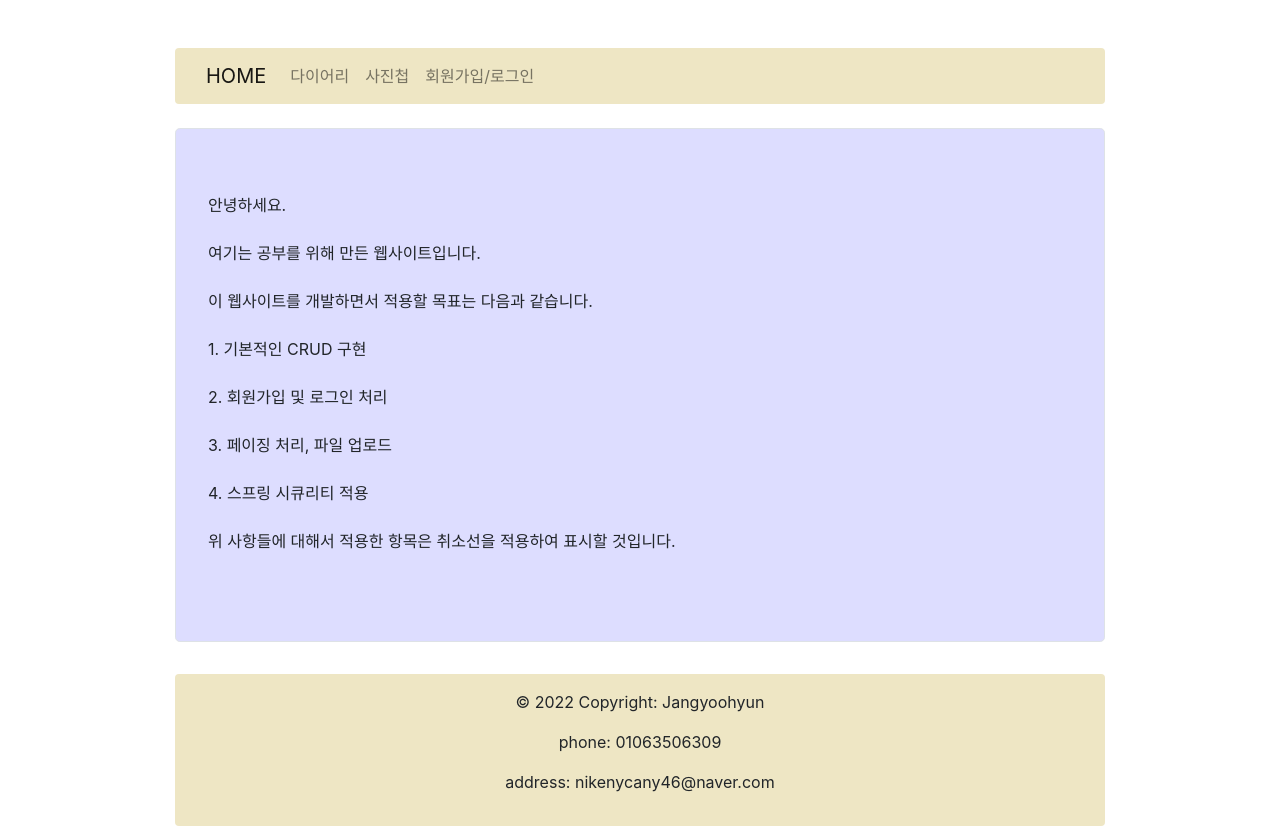
Repository: jangyoohyun/toyProject
Page: http://localhost/toyproject/WEB-INF/views/index.jsp
These files come from the project's save history. The page is drawn as it stood at one moment and after the next save; the edit follows.
The browser window is 1280 px wide. The pictures show the whole page.
The page is served by Tomcat 9. Nobody is signed in. Other server files are loaded and not shown. The template is opened directly, without the code that normally fills it, so the values that code supplies are empty.

Above is the page before, as saved 2022-02-26 11:00:17.

### Study/toyproject/src/main/webapp/WEB-INF/views/index.jsp
<%@ page language="java" contentType="text/html; charset=UTF-8"
    pageEncoding="UTF-8"%>

<%@ include file="/WEB-INF/views/layout/header.jsp" %>

		<div class="jumbotron mt-4 border" style="background-color: #DDDDFF">
		안녕하세요.<br><br>
		<c:if test="${principal.username != null}">
			${principal.username}님 환영합니다.<br><br>
		</c:if>
		여기는 공부를 위해 만든 웹사이트입니다.<br><br>
		이 웹사이트를 개발하면서 적용할 목표는 다음과 같습니다.<br><br>
		1. 기본적인 CRUD 구현<br><br>
		2. 회원가입 및 로그인 처리<br><br>
		3. 페이징 처리, 파일 업로드<br><br>
		4. 스프링 시큐리티 적용<br><br>
		위 사항들에 대해서 적용한 항목은 취소선을 적용하여 표시할 것입니다.<br><br>
		</div>


<%@ include file="/WEB-INF/views/layout/footer.jsp" %>

### Study/toyproject/src/main/webapp/WEB-INF/views/layout/header.jsp
<%@ page language="java" contentType="text/html; charset=UTF-8"
	pageEncoding="UTF-8"%>
<%@ taglib uri="http://java.sun.com/jsp/jstl/core" prefix="c"%>
<%@ taglib prefix="sec"
	uri="http://www.springframework.org/security/tags"%>
<%@ taglib prefix="fmt" uri="http://java.sun.com/jsp/jstl/fmt"%>

<sec:authorize access="isAuthenticated()">
	<sec:authentication property="principal" var="principal" />
</sec:authorize>

<!DOCTYPE html>
<html>
<head>
<link rel="stylesheet"
	href="https://cdn.jsdelivr.net/npm/bootstrap@4.6.1/dist/css/bootstrap.min.css"
	integrity="sha384-zCbKRCUGaJDkqS1kPbPd7TveP5iyJE0EjAuZQTgFLD2ylzuqKfdKlfG/eSrtxUkn"
	crossorigin="anonymous">
<script src="https://code.jquery.com/jquery-3.6.0.js"
	integrity="sha256-H+K7U5CnXl1h5ywQfKtSj8PCmoN9aaq30gDh27Xc0jk="
	crossorigin="anonymous"></script>

<meta charset="UTF-8">

<title>Insert title here</title>
</head>
<body>
	<div class="container mt-5 w-75">
		<nav class="navbar navbar-expand-lg navbar-light rounded"
			style="background-color: #eee6c4">
			<div class="container-fluid">
				<a class="navbar-brand" href="<c:url value="/"/>">HOME</a>
				<button class="navbar-toggler" type="button"
					data-bs-toggle="collapse" data-bs-target="#navbarNav"
					aria-controls="navbarNav" aria-expanded="false"
					aria-label="Toggle navigation">
					<span class="navbar-toggler-icon"></span>
				</button>
				<div class="collapse navbar-collapse" id="navbarNav">
					<ul class="navbar-nav">
						<li class="nav-item"><a class="nav-link"
							href="<c:url value="/board?page=0"/>">다이어리</a></li>
						<li class="nav-item"><a class="nav-link"
							href="<c:url value="/photo"/>">사진첩</a></li>
						<c:choose>
							<c:when test="${principal.username == null}">
								<li class="nav-item"><a class="nav-link"
									href="<c:url value="/auth/signInForm"/>">회원가입/로그인</a></li>
							</c:when>
							<c:otherwise>
								<li class="nav-item"><a class="nav-link"
									onclick="return confirm('로그아웃 하시겠습니까?');"
									href="<c:url value="/logout"/>">로그아웃</a></li>
								<li class="nav-item"><a class="nav-link"
									href="<c:url value="/auth/userUpdate"/>">회원정보수정</a></li>
							</c:otherwise>
						</c:choose>

					</ul>
				</div>
			</div>
		</nav>

### Study/toyproject/src/main/webapp/WEB-INF/views/layout/footer.jsp
<%@ page language="java" contentType="text/html; charset=UTF-8"
	pageEncoding="UTF-8"%>


<footer class="text-center text-lg-start rounded" style="background-color: #eee6c4">
	<!-- Copyright -->
	<div class="text-center p-3">
		<p>© 2022 Copyright: Jangyoohyun</p>
		<p>phone: 01063506309</p>
		<p>address: nikenycany46@naver.com</p>
	</div>
	<!-- Copyright -->
</footer>


</div>


<script src="https://cdn.jsdelivr.net/npm/bootstrap@5.1.3/dist/js/bootstrap.bundle.min.js" integrity="sha384-ka7Sk0Gln4gmtz2MlQnikT1wXgYsOg+OMhuP+IlRH9sENBO0LRn5q+8nbTov4+1p" crossorigin="anonymous"></script>
<script src="https://code.jquery.com/jquery-3.6.0.js" integrity="sha256-H+K7U5CnXl1h5ywQfKtSj8PCmoN9aaq30gDh27Xc0jk=" crossorigin="anonymous"></script>


</body>
</html>

After the next save:
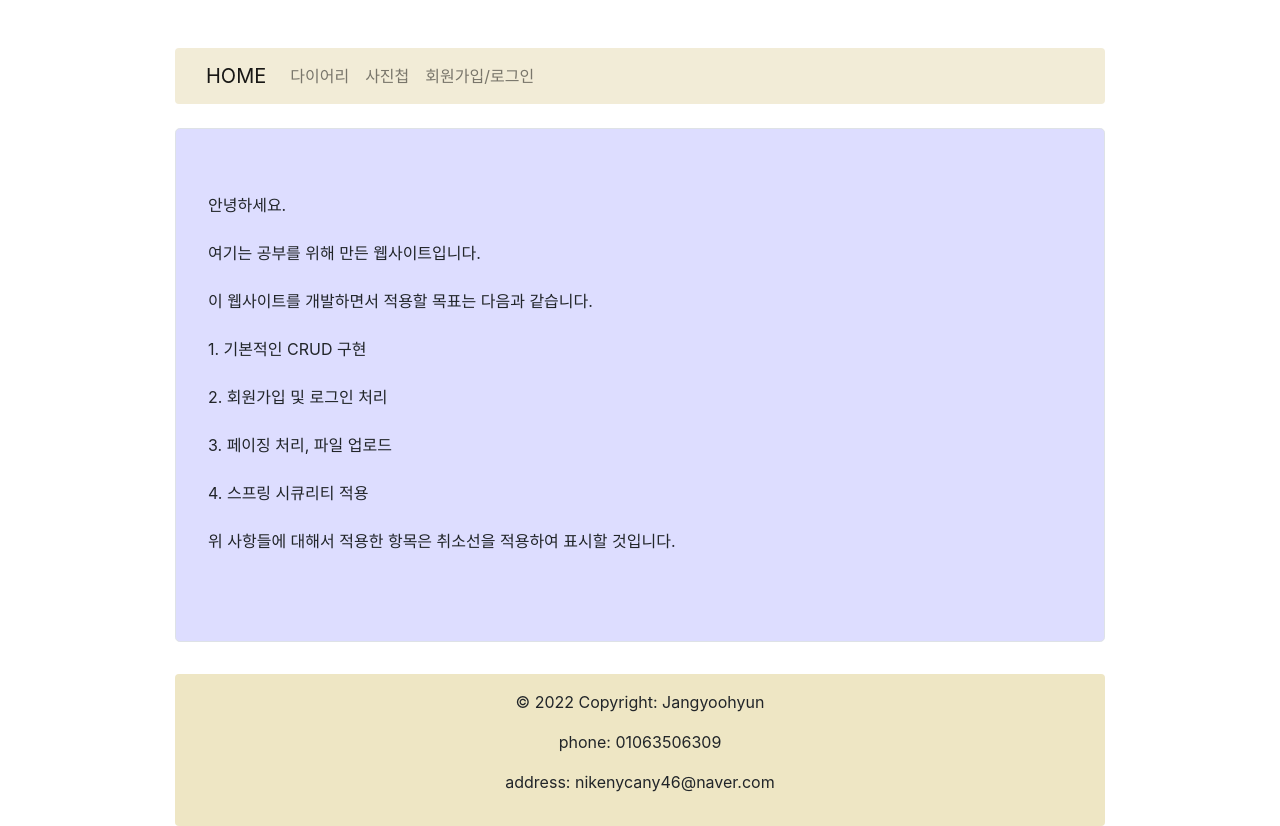
Saved 54 s later.
--- a/Study/toyproject/src/main/webapp/WEB-INF/views/layout/header.jsp
+++ b/Study/toyproject/src/main/webapp/WEB-INF/views/layout/header.jsp
@@ -27,7 +27,7 @@
 <body>
 	<div class="container mt-5 w-75">
 		<nav class="navbar navbar-expand-lg navbar-light rounded"
-			style="background-color: #eee6c4">
+			style="background-color: #F2ECD7">
 			<div class="container-fluid">
 				<a class="navbar-brand" href="<c:url value="/"/>">HOME</a>
 				<button class="navbar-toggler" type="button"
